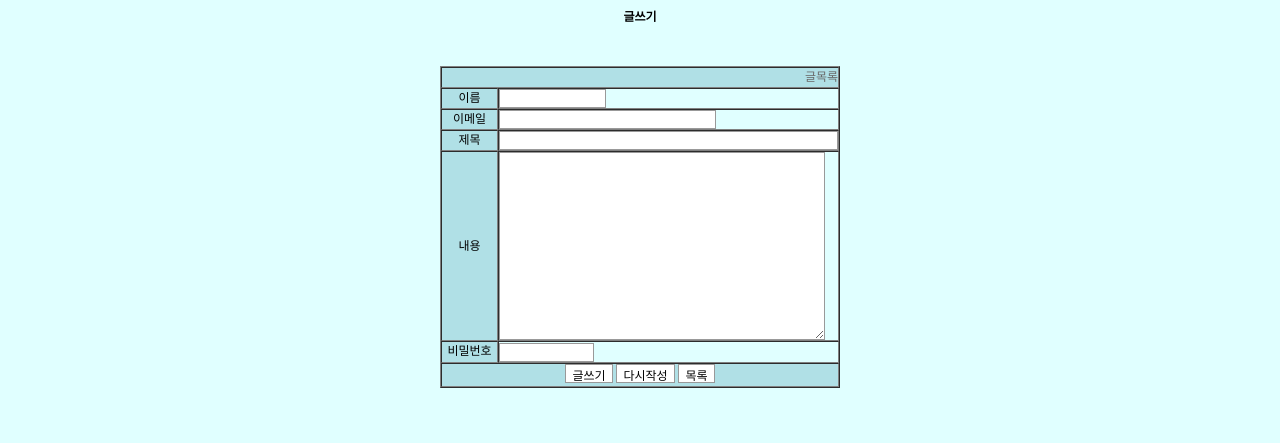
Repository: DynamicRD/jsp_Study
Page: http://localhost/jspStudy/boardone/writeForm.jsp
The author's editor kept a copy of each file at every save. The page is drawn from the files as they stood at one save, then again after the next save.
The browser window is 1280 px wide. The pictures show the whole page.
The page is served by Tomcat 9.

Above is the page before, as saved 2024-12-13 00:24:14.

After the next save:
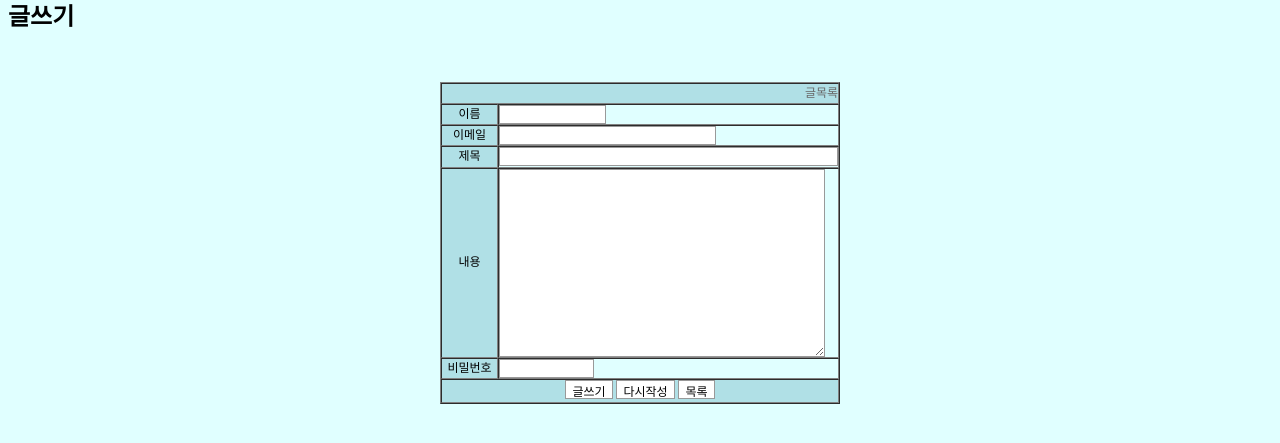
Saved 10 s later.
--- a/jspStudy/src/main/webapp/boardone/writeForm.jsp
+++ b/jspStudy/src/main/webapp/boardone/writeForm.jsp
@@ -10,9 +10,9 @@
 </head>
 <!--// 나중에 새글 답별글 구분하는 코드 추가 <1> -->
 <body bgcolor="<%=bodyback_c%>">
-	<center>
+	<h1>
 		<b>글쓰기</b>
-	</center>
+	</h1>
 	<br></br>
 	<form method="post" name="writeForm" action="writeProc.jsp"
 		onsubmit="return writeSave()">

After the 2 saves that followed:
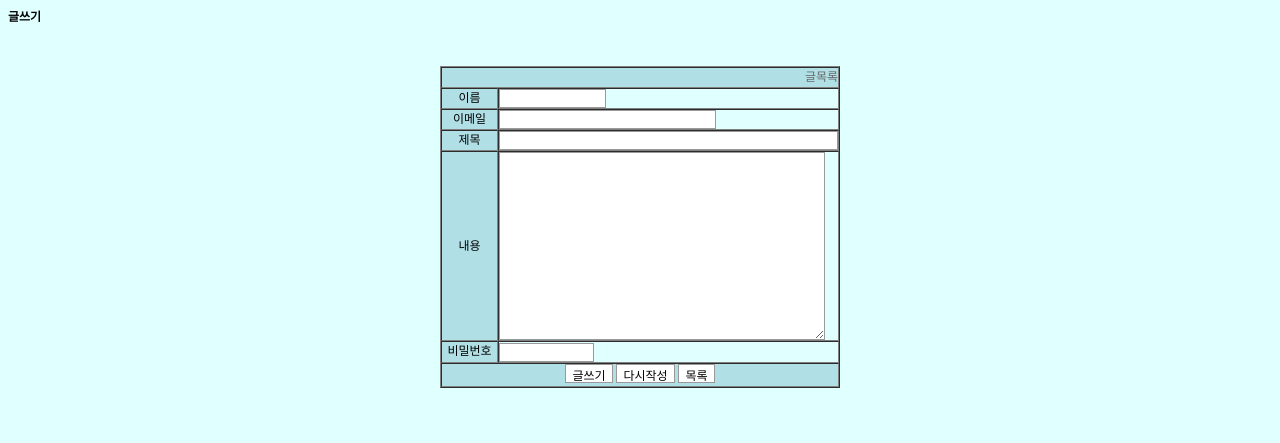
The 2 saves are shown as one change because 1 left the picture as it was.
The last was saved 5 min 6 s later.
--- a/jspStudy/src/main/webapp/boardone/writeForm.jsp
+++ b/jspStudy/src/main/webapp/boardone/writeForm.jsp
@@ -4,15 +4,13 @@
 <head>
 <title>My Board</title>
 <link href="style.css" rel="stylesheet" type="text/css" />
-<script language="javascript" src="script.js">
-
-</script>
+<script language="javascript" src="script.js"></script>
 </head>
 <!--// 나중에 새글 답별글 구분하는 코드 추가 <1> -->
 <body bgcolor="<%=bodyback_c%>">
-	<h1>
+	<main>
 		<b>글쓰기</b>
-	</h1>
+	</main>
 	<br></br>
 	<form method="post" name="writeForm" action="writeProc.jsp"
 		onsubmit="return writeSave()">
